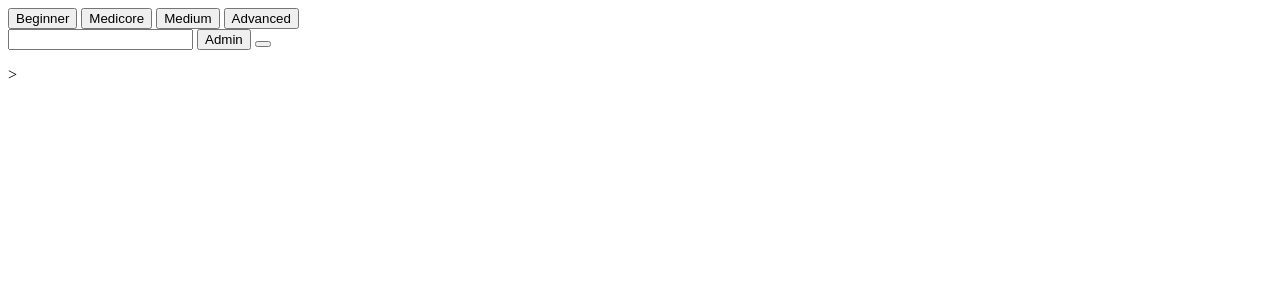
Repository: chimeconfused999/Vocabgame.github.io
Page: index.html
These files come from the project's save history. The page is drawn as it stood at one moment and after the next save; the edit follows.
The browser window is 1280 px wide. The pictures show the whole page.

Above is the page before, as saved 2022-07-10 12:39:29.
Console error: SyntaxError: Cannot use import statement outside a module

### index.html
<!DOCTYPE html>
<html>
<body>
  <meta name="viewport" content="width=device-width, initial-scale=1">


<title>
    Vocab Game
</title>

  </head>
  <div id ="buttons" class="buttons">
    <button id="Beginner  " onclick="style.display = 'none'">Beginner</button>
    <button id="Medicore" onclick="style.display = 'none'">Medicore</button>
    <button id="Medium" onclick="style.display = 'none'">Medium</button>
    <button id="Advanced" onclick="style.display = 'none'">Advanced</button>
  </div>
  <input id="output" type="text">
  <button>Admin</button>
  <button></button>

  <p></p>


  <script>
  document.querySelector('#buttons')
  .addEventListener('click', event => {
    let target = event.target;
    if (target.matches('button')) {
      let value = target.innerHTML

      document.querySelector('#output').value += value
      document.querySelector('#output').disabled = true
      var div = document.getElementById("buttons");
      div.style.display ='none';
    }

  });

  </script>


</body>
</html>



<script src="index.js" ></script>
<script type="module">

  </script>
<style src="index.css"></style>>

### index.js
function loadAdmin() {
    document.getElementById("header1").style.visibility="hidden";
}
var myVar;

function myFunction() {
  myVar = setTimeout(showPage, 3000);
}

function showPage() {
  document.getElementById("loader").style.display = "none";
  document.getElementById("myDiv").style.display = "block";
}

    // Import the functions you need from the SDKs you need
    import { initializeApp } from "https://www.gstatic.com/firebasejs/9.8.4/firebase-app.js";
    import { getAnalytics } from "https://www.gstatic.com/firebasejs/9.8.4/firebase-analytics.js";
    // TODO: Add SDKs for Firebase products that you want to use
    // https://firebase.google.com/docs/web/setup#available-libraries

    // Your web app's Firebase configuration
    // For Firebase JS SDK v7.20.0 and later, measurementId is optional
    const firebaseConfig = {
      apiKey: "AIzaSyAb46T6Htsp0_VkTugv9a8DA2vzTQZ7ogk",
      authDomain: "vocabulary-game-589f7.firebaseapp.com",
      projectId: "vocabulary-game-589f7",
      storageBucket: "vocabulary-game-589f7.appspot.com",
      messagingSenderId: "569712911298",
      appId: "1:569712911298:web:a2909d5050b47448a5ac5b",
      measurementId: "G-1L23PJLGEE"
    };

    // Initialize Firebase
    const app = initializeApp(firebaseConfig);
    const analytics = getAnalytics(app);

  document.querySelector('#buttons')
  .addEventListener('click', event => {
    let target = event.target;
    if (target.matches('button')) {
      let value = target.innerHTML

      document.querySelector('#output').value += value
    }
  });

After the next save:
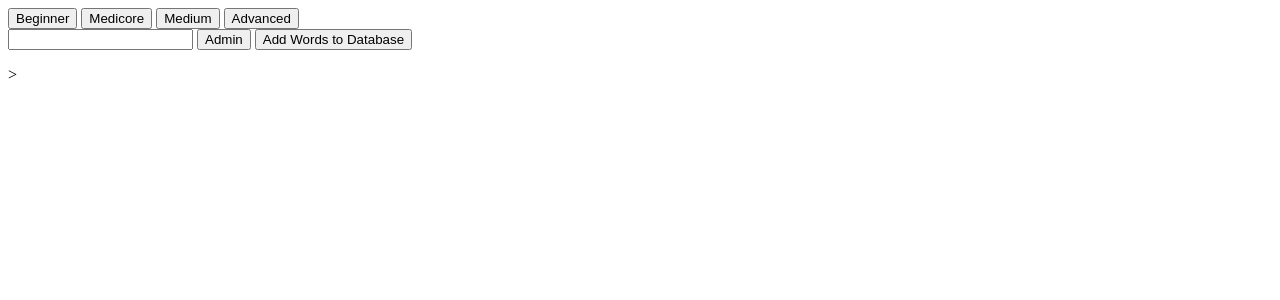
Saved 5 s later.
--- a/index.html
+++ b/index.html
@@ -17,7 +17,7 @@
   </div>
   <input id="output" type="text">
   <button>Admin</button>
-  <button></button>
+  <button>Add Words to Database</button>
 
   <p></p>
 
